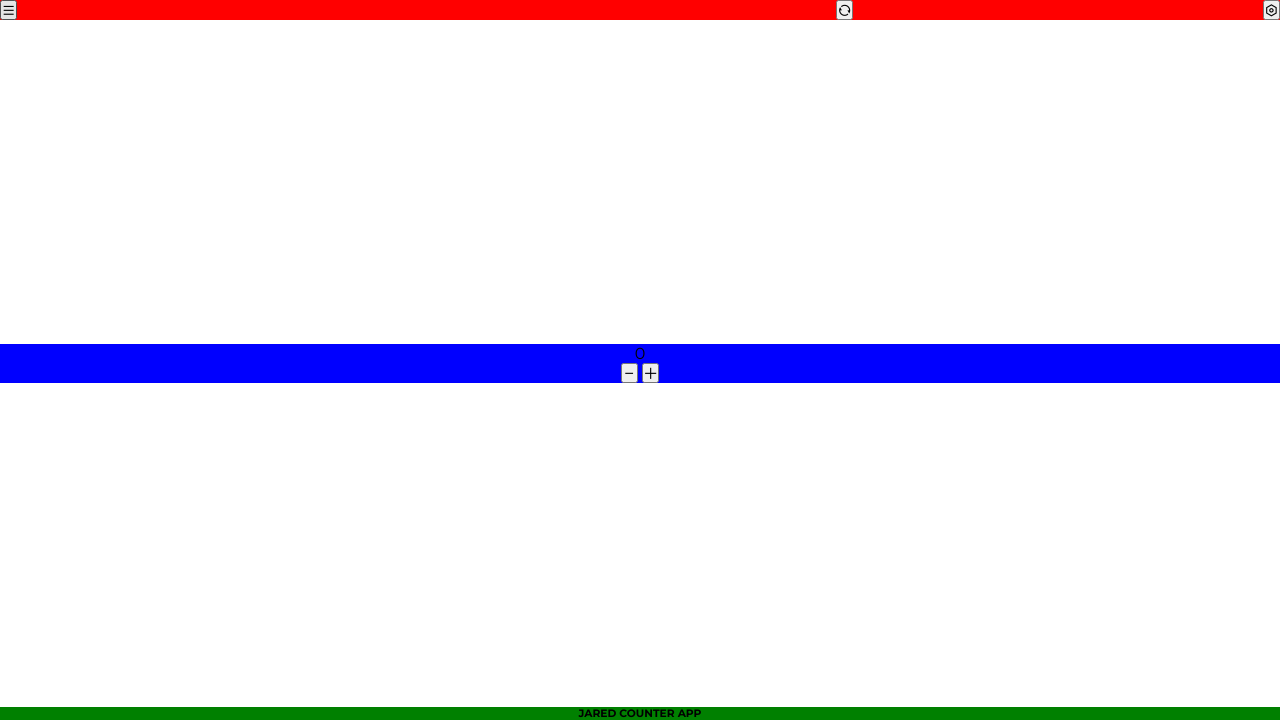
Repository: EguJaredoBoyd/Jared-Counter-App
Page: index.html
These files come from the project's save history. The page is drawn as it stood at one moment and after the next save; the edit follows.
The browser window is 1280 px wide. The pictures show the whole page.

Above is the page before, as saved 2025-11-17 22:56:48.

### index.html
<!DOCTYPE html>
<html lang="en">

<head>
    <meta charset="UTF-8">
    <meta name="viewport" content="width=device-width, initial-scale=1.0">
    <title>Document</title>
    <link rel="preconnect" href="https://fonts.googleapis.com">
    <link rel="preconnect" href="https://fonts.gstatic.com" crossorigin>
    <link href="https://fonts.googleapis.com/css2?family=Montserrat:ital,wght@0,100..900;1,100..900&display=swap"
        rel="stylesheet">
    <link href="https://cdn.jsdelivr.net/npm/remixicon@4.2.0/fonts/remixicon.css" rel="stylesheet">
    <link rel="stylesheet" href="style.css">
    <script src="script.js" defer></script>
    <script src="toggle-script.js" defer></script>
</head>

<body id="body">
    <header>
        <button id="toggle-button"><i class="ri-menu-line"></i></button>
        <div>
            <ul class="header__button__ul--toggle-list" id="toggle-list">
                <li>To-do 1</li>
                <li>To-do 2</li>
                <li>To-do 3</li>
            </ul>
        </div>
        <button id="reset"><i class="ri-refresh-line"></i></button>
        <button><i class="ri-settings-line"></i></button>
    </header>

    <main>
        <p id="start-count">0</p>
        <button id="decrement"><i class="ri-subtract-line"></i></button>
        <button id="increment"><i class="ri-add-large-line"></i></button>
    </main>

    <footer>
        <h6>JARED COUNTER APP</h6>
    </footer>







</body>

</html>

### style.css
* {
    padding: 0;
    margin: 0;
    box-sizing: border-box;
    font-family: "Montserrat", sans-serif;

}

:root {
    --primary-color: #0d1b2a;
    --secondary-color: #e0e1dd;
}

body {
    display: flex;
    flex-direction: column;
    height: 100vh;
    justify-content: space-between;
}

header {
    display: flex;
    justify-content: space-between;
    background-color: red;
}

.header__button__ul--toggle-list {
    background-color: pink;
    display: none;
}

.header__button__ul--toggle-list.show {
    display: block;
    position: absolute;
    top: 0;
    right: 0;
    left: 0;
    bottom: 0;
}

main {
    text-align: center;
    background-color: blue;
}

footer {
    text-align: center;
    background-color: green;
}

### script.js
//Get the last number clicked
let numberCount = Number(localStorage.getItem('increment')) || 0;

//Get last button clicked once the browser loads
let savedColor = localStorage.getItem('color');
let savedColor2 = localStorage.getItem('color2');
let savedColor3 = localStorage.getItem('color3')

let numberIncrement = document.querySelector('#increment');
let numberDecrement = document.getElementById('decrement');
let numberReset = document.querySelector('#reset');
let startCount = document.getElementById('start-count');

//Loads the the page with the last clicked number
startCount.textContent = numberCount;

//Uses the saved colour as a variable for the string 'red'
if (savedColor) {
    numberIncrement.style.backgroundColor = savedColor;
}
if (savedColor2) {
    numberDecrement.style.backgroundColor = savedColor2
}
if (savedColor3) {
    numberReset.style.backgroundColor = savedColor3;
}



numberIncrement.addEventListener('click', () => {
    let incrementColor = numberIncrement.style.backgroundColor = 'red';

    //Reset the other button colours
    numberDecrement.style.background = '';
    numberReset.style.background = '';

    //Save the color so it reminds user of last button clicked
    localStorage.setItem('color', incrementColor)
    //Remove colour storage for other buttons
    localStorage.removeItem('color2')
    localStorage.removeItem('color3')

    let counting = startCount.textContent = numberCount += 1;
    if (counting > 0) {
        startCount.style.color = 'green'
    }
    else if (counting === 0) {
        startCount.style.color = 'black';
    }
    if (numberCount < 0) {
        startCount.style.color = 'red'
    }

    //Save the number count to the localStorage
    localStorage.setItem('increment', numberCount);

})
numberDecrement.addEventListener('click', () => {
    let decrementColor = numberDecrement.style.backgroundColor = 'yellow';

    //Reset the other button colours
    numberIncrement.style.backgroundColor = '';
    numberReset.style.backgroundColor = '';

    //Save the color so it reminds user of last button clicked
    localStorage.setItem('color2', decrementColor)
    //Remove colour storage for other buttons
    localStorage.removeItem('color');
    localStorage.removeItem('color3')

    let negativeCounting = startCount.textContent = numberCount -= 1;
    if (negativeCounting < 0) {
        startCount.style.color = 'red'
    }
    else if (negativeCounting === 0) {
        startCount.style.color = 'black'
    }
    localStorage.setItem('increment', numberCount);
})
numberReset.addEventListener('click', () => {
    let resetColor = numberReset.style.backgroundColor = 'Blue';

    //Reset the other button colours
    numberIncrement.style.backgroundColor = '';
    numberDecrement.style.backgroundColor = '';

    //Save the color so it reminds user of last button clicked
    localStorage.setItem('color3', resetColor)
    //Remove colour storage for other buttons
    localStorage.removeItem('color');
    localStorage.removeItem('color2');

    let resetCounting = startCount.textContent = numberCount = 0;
    if (resetCounting === 0) {
        startCount.style.color = 'black'
    }
    localStorage.setItem('increment', numberCount);
})

### toggle-script.js
//Target the toggle button
let toggleButton = document.getElementById('toggle-button');
let toggleList = document.getElementById('toggle-list');

//Toggle the button to show the list
toggleButton.addEventListener('click', () => {
    toggleList.classList.toggle('show');
})

After the next save:
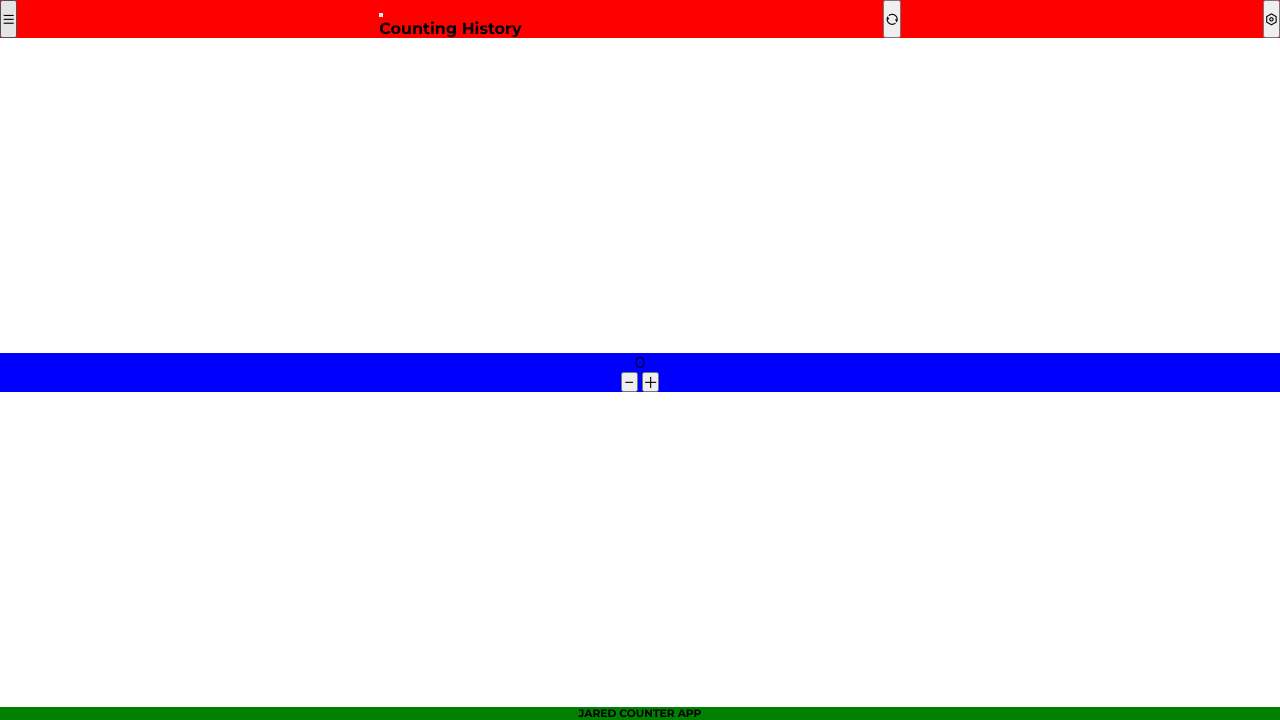
Saved 86 s later.
--- a/index.html
+++ b/index.html
@@ -19,6 +19,8 @@
     <header>
         <button id="toggle-button"><i class="ri-menu-line"></i></button>
         <div>
+            <button></button>
+            <h4>Counting History</h4>
             <ul class="header__button__ul--toggle-list" id="toggle-list">
                 <li>To-do 1</li>
                 <li>To-do 2</li>
